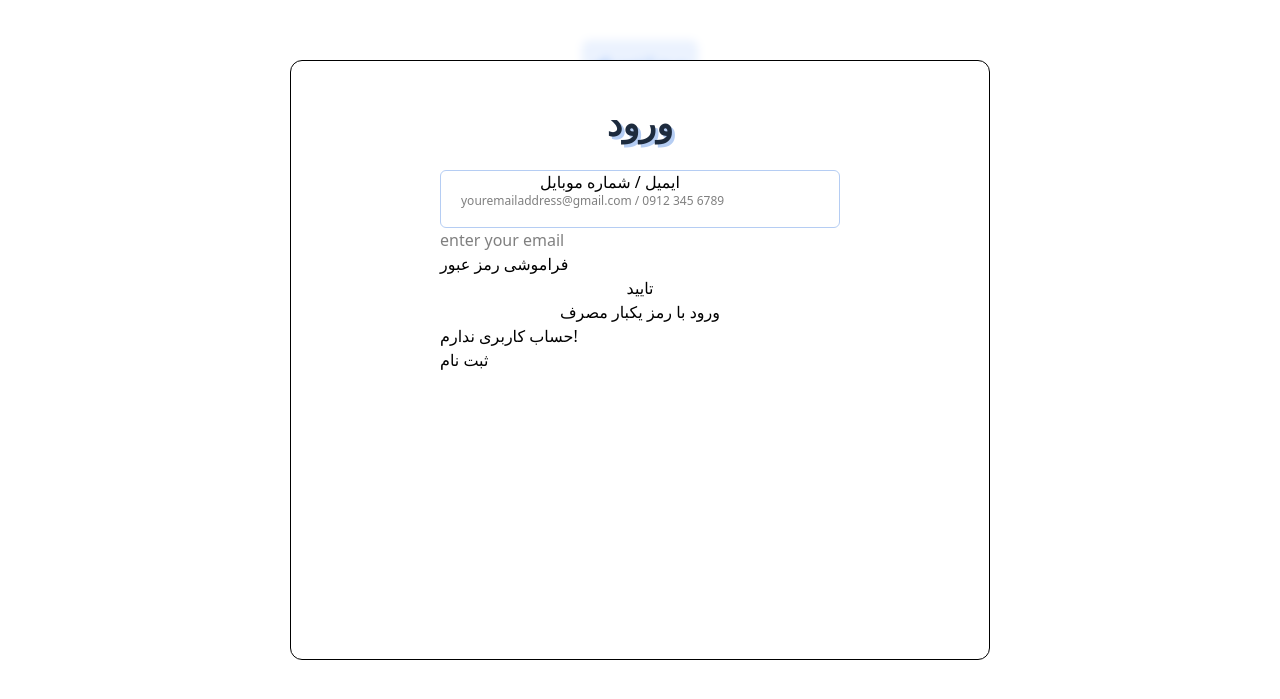
Repository: mohsenSarvariHero/AngularBase
Page: / (app in popup/), after clicking the first element matching `button.rounded-\[8px\]`
These files come from the project's save history. The page is drawn as it stood at one moment and after the next save; the edit follows.
The browser window is 1280 px wide. The pictures show the whole page.
The project was rebuilt for these pictures with package versions that can differ from the ones it lists, and the page was loaded fresh each time.

Above is the page before, as saved 2025-03-23 13:17:40.

After the next save:
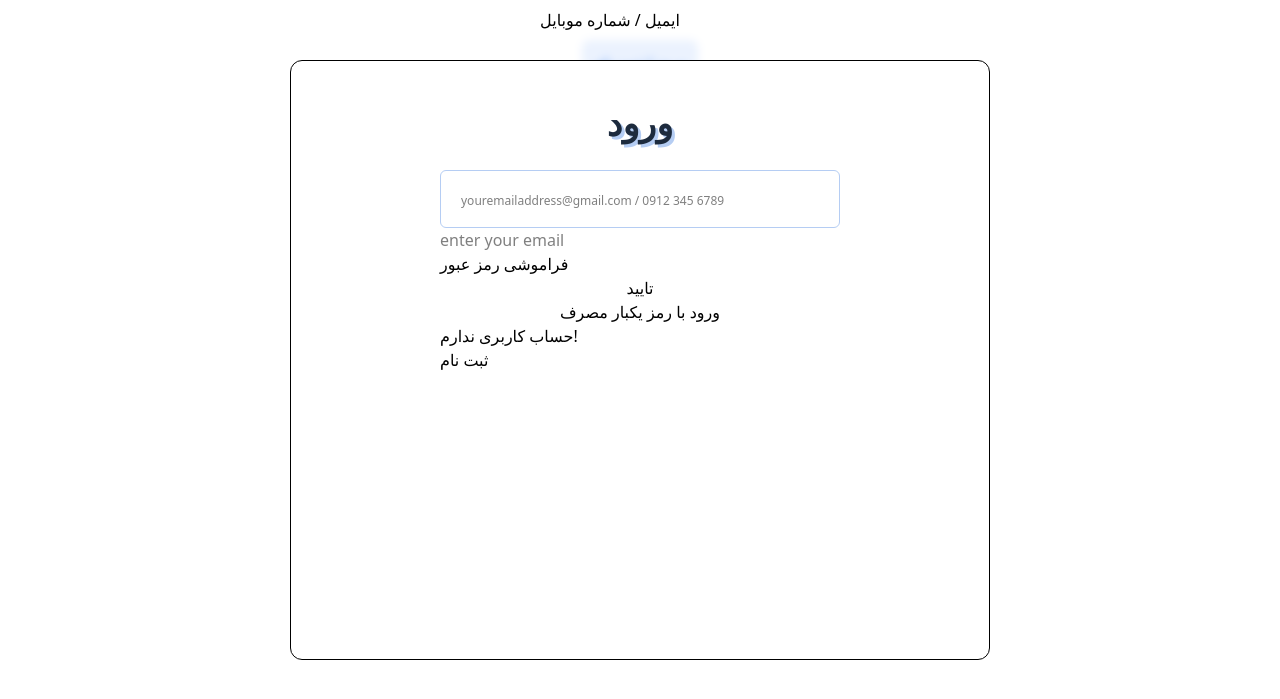
Saved 1 s later.
--- a/popup/src/popUp/PopUp.jsx
+++ b/popup/src/popUp/PopUp.jsx
@@ -59,7 +59,7 @@
           <h1 className='text-[#1d2b3e] text-[35px] font-bold mt-9 ' style={{ textShadow: '3px 3px 0px #B5CDF3' }}>ورود</h1>
           <form className='flex flex-col'>
             <div className='flex flex-col'>
-            <label className='absolute right-150 top-'>ایمیل / شماره موبایل</label>
+            <label className='absolute right-150 top-2'>ایمیل / شماره موبایل</label>
               <input type="email" placeholder="youremailaddress@gmail.com / 0912 345 6789" className='border-1 border-[#B5CDF3] rounded-md px-5 py-4 w-[400px] placeholder:text-[12px]'    required />
             </div>
             <input type="password" placeholder="enter your email" required />

After the save that followed:
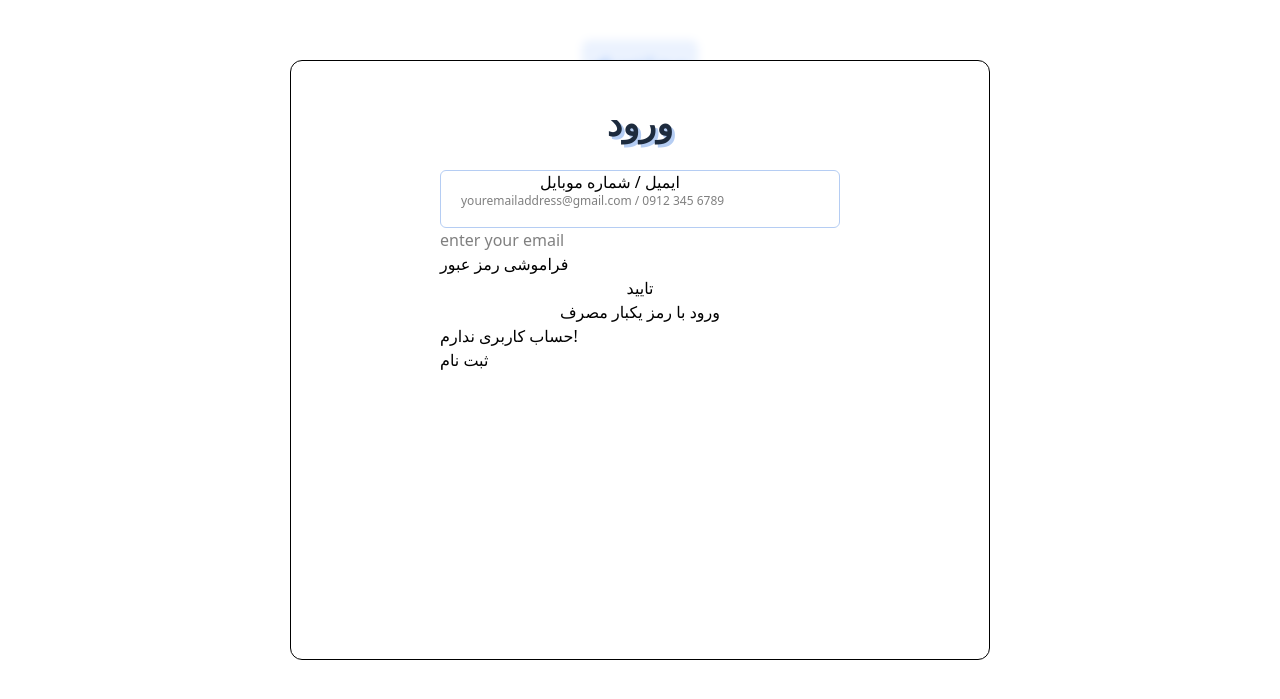
Saved 6 s later.
--- a/popup/src/popUp/PopUp.jsx
+++ b/popup/src/popUp/PopUp.jsx
@@ -59,7 +59,7 @@
           <h1 className='text-[#1d2b3e] text-[35px] font-bold mt-9 ' style={{ textShadow: '3px 3px 0px #B5CDF3' }}>ورود</h1>
           <form className='flex flex-col'>
             <div className='flex flex-col'>
-            <label className='absolute right-150 top-2'>ایمیل / شماره موبایل</label>
+            <label className='absolute right-150 b'>ایمیل / شماره موبایل</label>
               <input type="email" placeholder="youremailaddress@gmail.com / 0912 345 6789" className='border-1 border-[#B5CDF3] rounded-md px-5 py-4 w-[400px] placeholder:text-[12px]'    required />
             </div>
             <input type="password" placeholder="enter your email" required />
